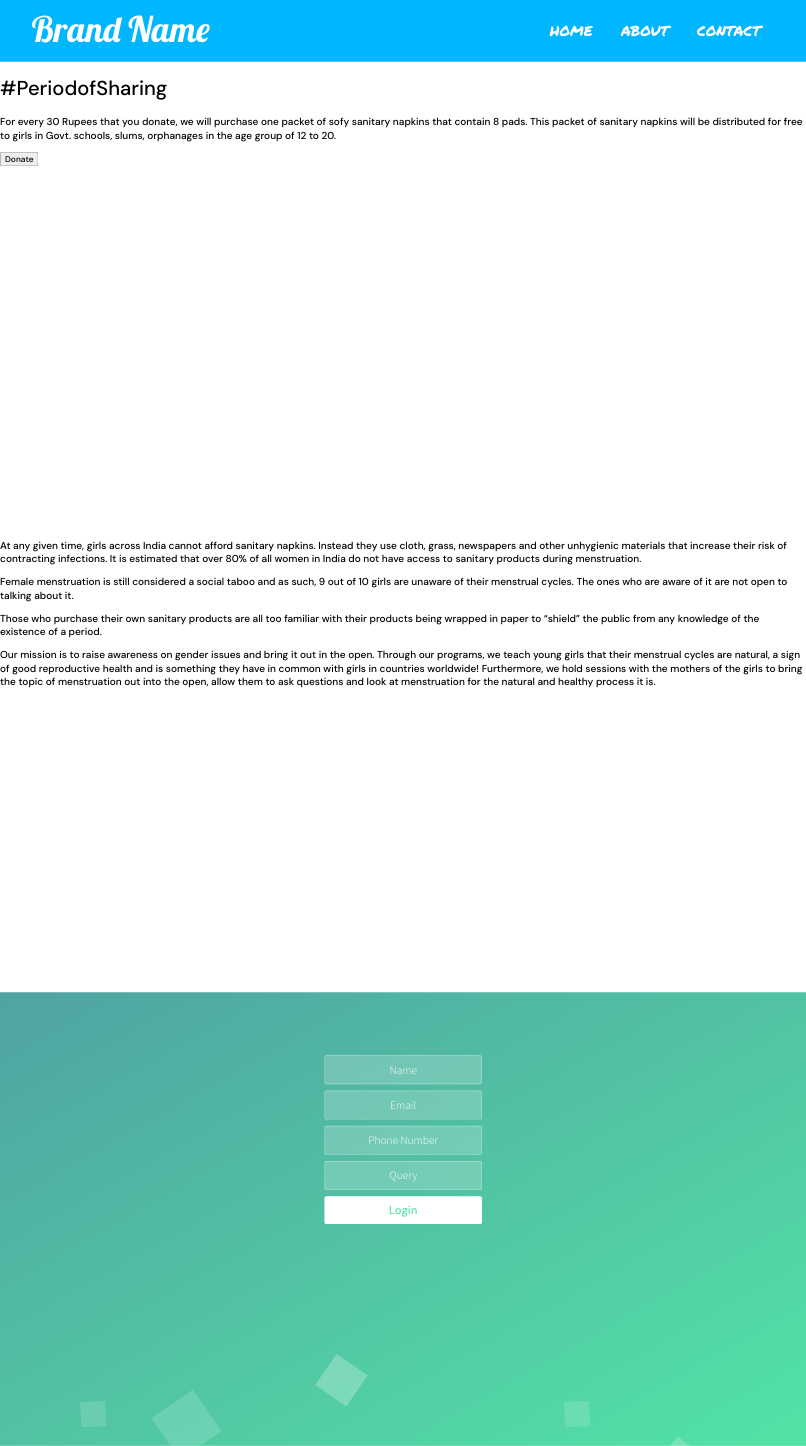
Repository: Jrap-bit/PeriodofSharing
Page: index.html
The author's editor kept a copy of each file at every save. The page is drawn from the files as they stood at one save, then again after the next save.
The browser window is 1280 px wide. The pictures show the whole page, at 63% of full size.

Above is the page before, as saved 2022-01-14 00:21:58.

### index.html
<!DOCTYPE html>
<html lang="en">
  <head>
    <meta charset="UTF-8" />
    <meta http-equiv="X-UA-Compatible" content="IE=edge" />
    <meta name="viewport" content="width=device-width, initial-scale=1.0" />
    <link rel="stylesheet" href="style.css" />
    <title>#PeriodofSharing</title>
  </head>
  <body>
    <nav class="navbar">
      <div class="brand-title">Brand Name</div>
      <a href="#" class="toggle-button">
        <span class="bar"></span>
        <span class="bar"></span>
        <span class="bar"></span>
      </a>
      <div class="navbar-links">
        <ul>
          <li><a href="#Home">HOME</a></li>
          <li><a href="#About">ABOUT</a></li>
          <li><a href="#Contact">CONTACT</a></li>
        </ul>
      </div>
    </nav>
    <div id="Home" class="home">
        <h1>#PeriodofSharing</h1>
        <p>
            For every 30 Rupees that you donate, we will purchase one packet of sofy
            sanitary napkins that contain 8 pads. This packet of sanitary napkins
            will be distributed for free to girls in Govt. schools, slums,
            orphanages in the age group of 12 to 20.
        </p>
        <div>
            <button class="donate-button" href="Donate.html">Donate</button>
        </div>
    </div>
    <div id="About" class="about">
        <p>
            At any given time, girls across India cannot afford sanitary napkins.
            Instead they use cloth, grass, newspapers and other unhygienic materials
            that increase their risk of contracting infections. It is estimated that
            over 80% of all women in India do not have access to sanitary products
            during menstruation.
        </p>
        <p>
            Female menstruation is still considered a social taboo and as such, 9
            out of 10 girls are unaware of their menstrual cycles. The ones who are
        aware of it are not open to talking about it.
      </p>
      <p>
        Those who purchase their own sanitary products are all too familiar with
        their products being wrapped in paper to “shield” the public from any
        knowledge of the existence of a period.
      </p>
      <p>
        Our mission is to raise awareness on gender issues and bring it out in
        the open. Through our programs, we teach young girls that their
        menstrual cycles are natural, a sign of good reproductive health and is
        something they have in common with girls in countries worldwide!
        Furthermore, we hold sessions with the mothers of the girls to bring the
        topic of menstruation out into the open, allow them to ask questions and
        look at menstruation for the natural and healthy process it is.
      </p>
    </div>
    <div class = "contact" id = "Contact">
        <div class="wrapper">
            <div class="container">
                <form class="form">
                    <input type="text" placeholder="Name">
                    <input type="text" placeholder="Email">
                    <input type="text" placeholder="Phone Number">
                    <input type="text" placeholder="Query">
                    <button type="submit" id="login-button">Login</button>
                </form>
            </div>

            <ul class="bg-bubbles">
                <li></li>
                <li></li>
                <li></li>
                <li></li>
                <li></li>
                <li></li>
                <li></li>
                <li></li>
                <li></li>
                <li></li>
            </ul>
        </div>
    </div>
  </body>
</html>

### style.css
@import url('https://fonts.googleapis.com/css2?family=DM+Sans:wght@500&display=swap');
@import url('https://fonts.googleapis.com/css2?family=Bebas+Neue&family=Lobster&family=Permanent+Marker&display=swap');
@import url('https://fonts.googleapis.com/css?family=Source+Sans+Pro:200,300');


* {
    box-sizing: border-box;
    font-family: 'DM Sans', sans-serif;
    font-weight: 300;
}

body {
    margin: 0;
    padding: 0;
    font-family: 'Source Sans Pro', sans-serif;
	 color: black;
	 font-weight: 300;
}

body ::-webkit-input-placeholder {
    font-family: 'Source Sans Pro', sans-serif;
    color: white;
    font-weight: 300;
}
body :-moz-placeholder {
    font-family: 'Source Sans Pro', sans-serif;
    color: white;
    opacity: 1;
    font-weight: 300;
}
body ::-moz-placeholder {
    font-family: 'Source Sans Pro', sans-serif;
    color: white;
    opacity: 1;
    font-weight: 300;
}
body :-ms-input-placeholder {
    font-family: 'Source Sans Pro', sans-serif;
    color: white;
    font-weight: 300;
}
.wrapper {
    background: #50a3a2;
    background: -webkit-linear-gradient(top left,#50a3a2 0%,#53e3a6 100%);
    background: -moz-linear-gradient(top left,#50a3a2 0%,#53e3a6 100%);
    background: -o-linear-gradient(top left,#50a3a2 0%,#53e3a6 100%);
    background: linear-gradient(to bottom right,#50a3a2 0%,#53e3a6 100%);
    position: absolute;
    left: 0;
    width: 100%;
    height: 100vh;
    /* margin-top: -200px; */
    overflow: hidden;
}
.wrapper.form-success .container h1 {
    transform: translateY(85px);
}
.container {
    max-width: 600px;
    margin: 0 auto;
    padding: 80px 0;
    height: 400px;
    text-align: center;
}
.container h1 {
    font-size: 40px;
    transition-duration: 1s;
    transition-timing-function: ease-in-put;
    font-weight: 200;
}
form {
    padding: 20px 0;
    position: relative;
    z-index: 2;
}
form input {
    display: block;
    appearance: none;
    outline: 0;
    border: 1px solid rgba(255,255,255,0.4);
    background-color: rgba(255,255,255,0.2);
    width: 250px;
    border-radius: 3px;
    padding: 10px 15px;
    margin: 0 auto 10px auto;
    text-align: center;
    font-size: 18px;
    color: white;
    transition-duration: 0.25s;
    font-weight: 300;
}
form input:hover {
    background-color: rgba(255,255,255,0.4);
}
form input:focus {
    background-color: white;
    width: 300px;
    color: #53e3a6;
}
form button {
    appearance: none;
    outline: 0;
    background-color: white;
    border: 0;
    padding: 10px 15px;
    color: #53e3a6;
    border-radius: 3px;
    width: 250px;
    cursor: pointer;
    font-size: 18px;
    transition-duration: 0.25s;
}
form button:hover {
    background-color: #f5f7f9;
}
.bg-bubbles {
    position: absolute;
    top: 0;
    left: 0;
    width: 100%;
    height: 100%;
    z-index: 1;
}
.bg-bubbles li {
    position: absolute;
    list-style: none;
    display: block;
    width: 40px;
    height: 40px;
    background-color: rgba(255,255,255,0.15);
    bottom: -160px;
    -webkit-animation: square 25s infinite;
    animation: square 25s infinite;
    -webkit-transition-timing-function: linear;
    transition-timing-function: linear;
}
.bg-bubbles li:nth-child(1) {
    left: 10%;
}
.bg-bubbles li:nth-child(2) {
    left: 20%;
    width: 80px;
    height: 80px;
    animation-delay: 2s;
    animation-duration: 17s;
}
.bg-bubbles li:nth-child(3) {
    left: 25%;
    animation-delay: 4s;
}
.bg-bubbles li:nth-child(4) {
    left: 40%;
    width: 60px;
    height: 60px;
    animation-duration: 22s;
    background-color: rgba(255,255,255,0.25);
}
.bg-bubbles li:nth-child(5) {
    left: 70%;
}
.bg-bubbles li:nth-child(6) {
    left: 80%;
    width: 120px;
    height: 120px;
    animation-delay: 3s;
    background-color: rgba(255,255,255,0.2);
}
.bg-bubbles li:nth-child(7) {
    left: 32%;
    width: 160px;
    height: 160px;
    animation-delay: 7s;
}
.bg-bubbles li:nth-child(8) {
    left: 55%;
    width: 20px;
    height: 20px;
    animation-delay: 15s;
    animation-duration: 40s;
}
.bg-bubbles li:nth-child(9) {
    left: 25%;
    width: 10px;
    height: 10px;
    animation-delay: 2s;
    animation-duration: 40s;
    background-color: rgba(255,255,255,0.3);
}
.bg-bubbles li:nth-child(10) {
    left: 90%;
    width: 160px;
    height: 160px;
    animation-delay: 11s;
}
@-webkit-keyframes square {
    0% {
        transform: translateY(0);
   }
    100% {
        transform: translateY(-700px) rotate(600deg);
   }
}
@keyframes square {
    0% {
        transform: translateY(0);
   }
    100% {
        transform: translateY(-700px) rotate(600deg);
   }
}

html{
    scroll-behavior: smooth;
}

.navbar{
    display: flex;
    justify-content: space-between;
    align-items: center;
    background-color: rgb(0, 183, 255);
    color: white;
    position: sticky;
}

.brand-title{
    font-family: 'Lobster', cursive;
    font-size: 3.5rem;
    margin: 10px 50px;
    margin-bottom: 15px;

}

.navbar-links ul{
    margin: 10px 50px 10px 50px;
    display: flex;
}

.navbar-links li {
    font-family: 'Permanent Marker', cursive;
    font-weight: bold;
    list-style: none;
    font-size: 1.4rem;

}

.navbar-links li a{
    font-family: 'Permanent Marker', cursive;
    text-decoration: none;
    color: white;
    padding: 1.4rem;
    display: block;
}

.navbar-links li:hover{
    background-color: rgb(1, 54, 75);
}

.toggle-button {
    position: absolute;
    top: .75rem;
    right: 1rem;
    display: none;
    flex-direction: column;
    justify-content: space-between;
    width: 30px;
    height: 21px;
}

.toggle-button .bar{
    height: 3px;
    width: 100%;
    background-color: white;
    border-radius: 10px;
}
.about{
    height: 100vh;

}

.home{
    height: 100vh;
}

@media (max-width: 800px) {
    .toggle-button{
        display: flex;
    }
    .navbar-links{
        display: none;
        width: 100%;
    }

    .navbar{
        flex-direction: column;
        align-items: flex-start;
    }

    .navbar-links ul {
        flex-direction: column;
        width: 100%;

    }

    .navbar-links li{
        text-align: center;
    }

    .navbar-links li a{
        padding: 0.5rem 1rem;
    }

    .navbar-links.active{
        display: flex;
    }

    .toggle-button:hover{
        background-color: #666;
    }
}

After the next save:
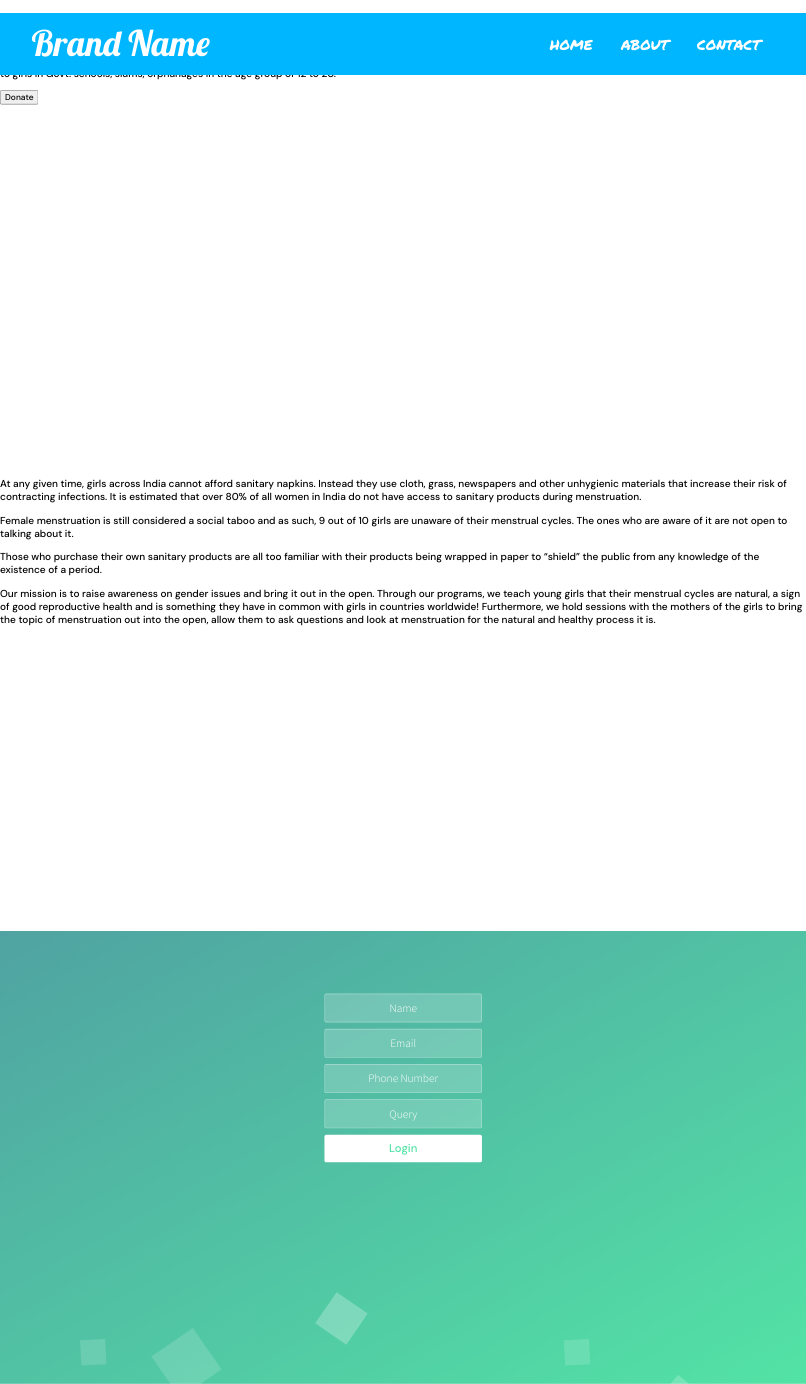
Saved 9 s later.
--- a/style.css
+++ b/style.css
@@ -219,7 +219,8 @@ html{
     align-items: center;
     background-color: rgb(0, 183, 255);
     color: white;
-    position: sticky;
+    width: 100%;
+    position: fixed;
 }
 
 .brand-title{
